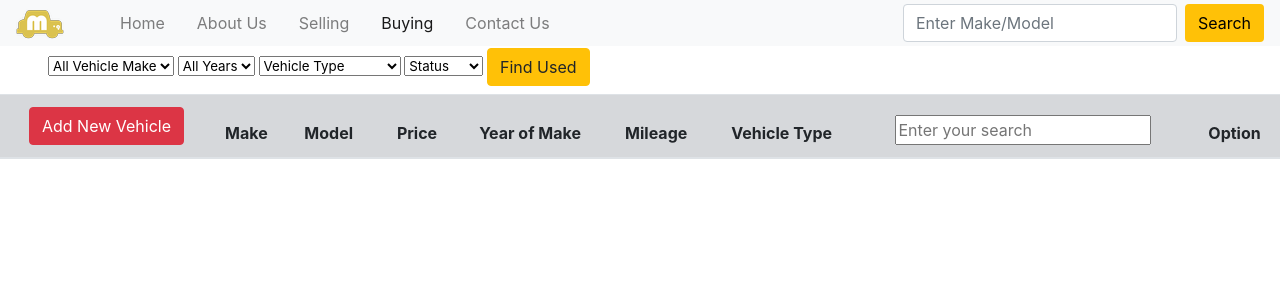
Repository: 99Ace/Project3-car-listing
Page: http://localhost/
The author's editor kept a record of every edit. The page is drawn from the files as they stood at one moment, then again after the next edit.
The browser window is 1280 px wide. The pictures show the whole page.
Some web libraries are served in a nearby version. The page is served by the project's application, run on Flask 3 (app.py). Queries for data that is not in the repository find no rows.

Above is the page before.

After the next edit:
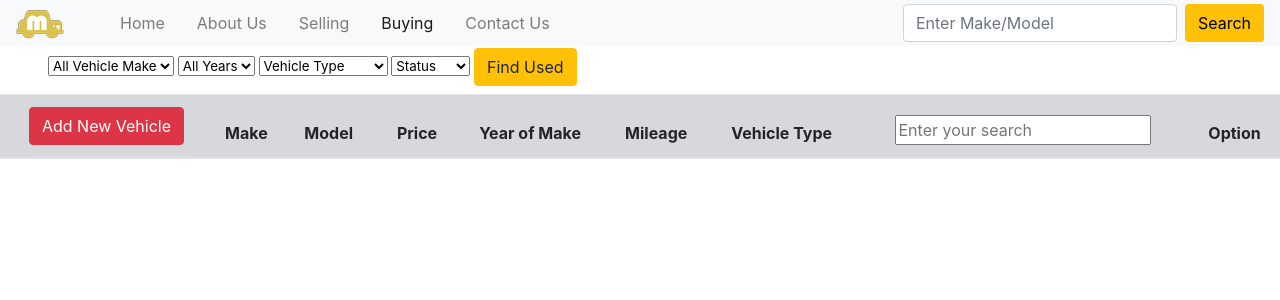
The edit:
--- a/templates/index.html
+++ b/templates/index.html
@@ -98,7 +98,6 @@
                           <option value="Sports">Sports</option>
                           <option value="Stationwagon">Stationwagon</option>
                           <option value="SUV">SUV</option>
-                          <option value="all">All Passenger Cars</option>
                         </select>
             <!--To allow user to select to view Sold vehicle listing or Available vehicle listing or all listings-->
             <select name='availability'>
